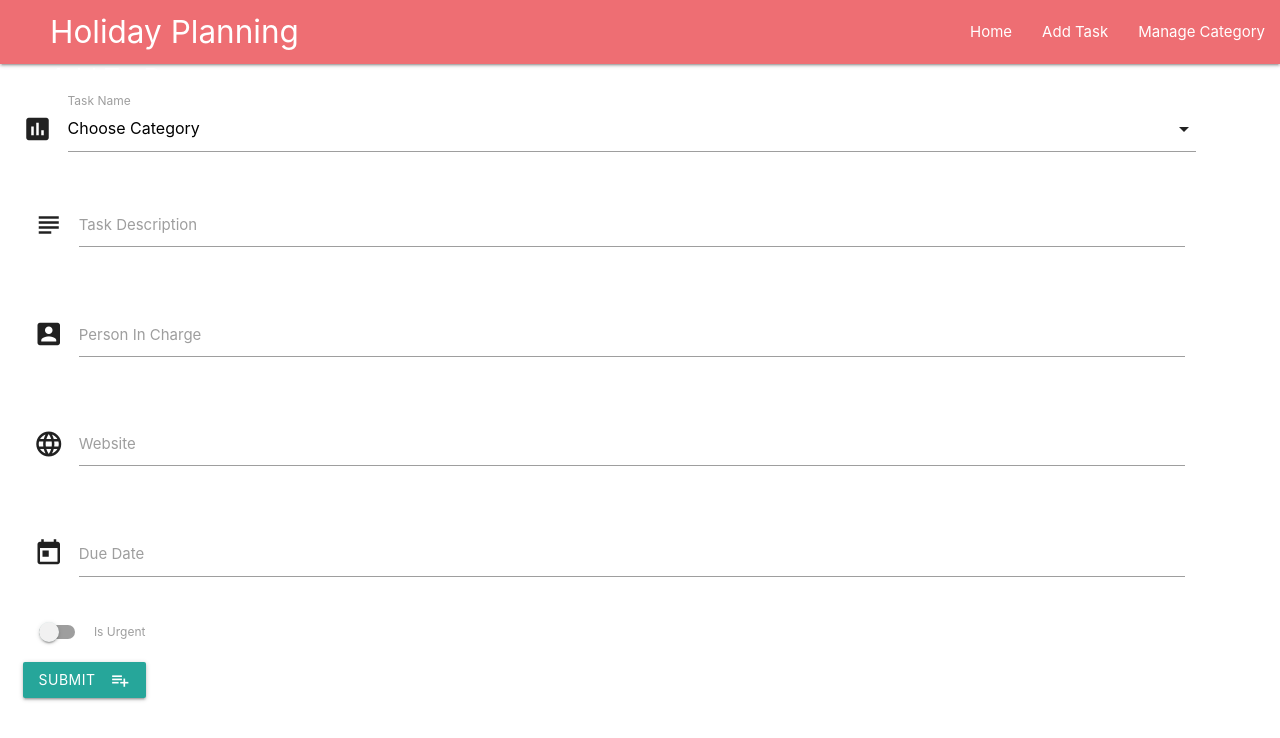
Repository: Code-Institute-Submissions/Project3-Holiday_Planning
Page: http://localhost/add_task
The author's editor kept a record of every edit. The page is drawn from the files as they stood at one moment, then again after the next edit.
The browser window is 1280 px wide. The pictures show the whole page.
Some web libraries are served in a nearby version. The page is served by the project's application, run on Flask 3 (app.py). Queries for data that is not in the repository find no rows.

Above is the page before.

### templates/addTask.html
{% extends 'layout.html' %} {% block content %}


<div class="add_to_do">
    <h5>Add To-Do</h5>
</div>

<div class="row">
    <div class='col testing'></div>
    <div class='col s11'>
    <div class="row to_do">
    <form action="{{ url_for('insert_task') }}" method="POST" class="">



        <!--put in select option initialization in layout.html-->



        <div class="input-field">
                <i class="material-icons prefix">poll</i>
                <!--Replace <input id> with <select>. Keep the 1st option and change the rest option with category from Mongodb-->
                <!--<input id="task_name" name="task_name" type="text">-->
                <select id="category" name="category_name">
                  <option value="" disabled selected>Choose Category</option>
                  {% for cat in category %}
                      <option value="{{cat.category_name}}">{{cat.category_name}}</option>
                  {% endfor %}
                </select>
                <label for="icon_prefix">Task Name</label>
            </div>
        </div>




        <div class="row">
            <div class="input-field col s12">
                <i class="material-icons prefix">subject</i>
                <textarea name="task_description" id="task_description" class="materialize-textarea"></textarea>
                <label for="task_description">Task Description</label>
            </div>
        </div>



        <div class="row">
            <div class="input-field col s12">
                <i class="material-icons prefix">account_box</i>
                <textarea name="person_in_charge" id="person_in_charge" class="materialize-textarea"></textarea>
                <label for="person_in_charge">Person In Charge</label>
            </div>
        </div>


        <div class="row">
            <div class="input-field col s12">
                <i class="material-icons prefix">language</i>
                <textarea name="website" id="website" class="materialize-textarea"></textarea>
                <label for="website">Website</label>
            </div>
        </div>



        <!--put the datepicker initialization in layout.html-->
        <div class="row">
            <div class="input-field col s12">
                <i class="material-icons prefix">today</i>
                <input id="due_date" name="due_date" type="text" class="datepicker">
                <label for="due_date">Due Date</label>
            </div>
        </div>


        <div class="row">
            <div class="switch">
                <label>
                  <input id="is_urgent" name="is_urgent" type="checkbox">
                  <span class="lever"></span>
                  Is Urgent
                </label>
            </div>
        </div>


        <div class="row submit_btn">
            <button class="btn waves-effect waves-light" type="submit" name="action">Submit
                <i class="material-icons right">playlist_add</i>
             </button>
        </div>

    </form>
    </div>
</div>

{% endblock %}

### templates/layout.html
<!DOCTYPE html>
<html>

<head>
        <link href="https://fonts.googleapis.com/icon?family=Material+Icons" rel="stylesheet">
        <link rel="stylesheet" href="https://cdnjs.cloudflare.com/ajax/libs/materialize/1.0.0/css/materialize.min.css">
        <link rel="stylesheet" href="{{url_for('static', filename='css/style.css')}}" type="text/css"/>
</head>


<body>
    <header>
        <nav>
            <div class="nav-wrapper">
                <a href="{{url_for('get_tasks')}}" class="brand-logo">Holiday Planning</a>
                <a href="#" data-activates="mobile-demo" class="sidenav-trigger"><i class="material-icons">menu</i></a>

                <ul id="nav-mobile" class="right hide-on-med-and-down">
                    <li><a href="{{url_for('get_tasks')}}">Home</a></li>
                    <li><a href="{{url_for('add_task')}}">Add Task</a></li>
                    <li><a href="{{url_for('get_category')}}">Manage Category</a></li>
                </ul>

                <!--extended hamburger navbar added for mobile-->
                <ul class="sidenav" id="mobile-demo">

                    <li><a href="{{url_for('get_tasks')}}">Home</a></li>
                    <li><a href="{{url_for('add_task')}}">Add Task</a></li>
                    <li><a href="{{url_for('get_category')}}">Manage Category</a></li>
                </ul>
            </div>
        </nav>
    </header>

    <div>
        {% block content %} {% endblock %}
    </div>


    <!--<script src="https://cdnjs.cloudflare.com/ajax/libs/jquery/3.4.1/jquery.min.js"></script>-->
   <script <script type="text/javascript" src="https://code.jquery.com/jquery-2.1.1.min.js"></script>
    <script src="https://cdnjs.cloudflare.com/ajax/libs/materialize/1.0.0/js/materialize.min.js"></script>

    <!--to perform the collapsible, datepicker and select option function-->
    <script type="text/javascript">
        $(document).ready(function(){
            $('.collapsible').collapsible();
            $('.datepicker').datepicker({
                format:'dd/mm/yyyy'
            });
            $('select').formSelect();
            $('.sidenav').sidenav();

        });

        // $('.datepicker').pickadate({
        //     selectMonths: true, // Creates a dropdown to control month
        //     selectYears: 15, // Creates a dropdown of 15 years to control year,
        //     today: 'Today',
        //     clear: 'Clear',
        //     close: 'Ok',
        //     closeOnSelect: false // Close upon selecting a date,
        // });

        </script>


        {%block extra_js%}{%endblock%}
</body>

</html>

### app.py
import os
from flask import Flask, render_template, redirect, request, url_for
from flask_pymongo import PyMongo
from bson.objectid import ObjectId


app = Flask(__name__)
app.config["MONGO_DBNAME"] = 'holiday_planning'
app.config["MONGO_URI"] = 'mongodb+srv://root:es1234@cluster0-dio8w.mongodb.net/holiday_planning?retryWrites=true&w=majority'
mongo = PyMongo(app)


# Function to display landing page
@app.route('/')
def index():
    return render_template("tasks.html", tasks=mongo.db.tasks.find())


# T1 - Fetch data in mongodb pass it back to tasks.html
@app.route('/get_tasks')
def get_tasks():
    tasks=mongo.db.tasks.find()
    print(tasks)
    return render_template("tasks.html",
                           tasks=tasks)



# T2 & T3 - After add_task, must follow by insert_task
@app.route('/add_task')
def add_task():
    return render_template('addTask.html',
                            category=mongo.db.category.find())


@app.route('/insert_task', methods=['POST'])
def insert_task():
    tasks = mongo.db.tasks
    tasks.insert_one(request.form.to_dict())
    return redirect(url_for('get_tasks'))



# T4 & T5 - After edit_task, must follow by update_task
@app.route('/edit_task/<task_id>')
def edit_task(task_id):
    the_task =  mongo.db.tasks.find_one({"_id": ObjectId(task_id)})
    all_category =  mongo.db.category.find()
    return render_template('editTask.html', task=the_task,
                           category=all_category)


@app.route('/update_task/<task_id>', methods=["POST"])
def update_task(task_id):
    tasks = mongo.db.tasks
    tasks.update( {'_id': ObjectId(task_id)},
    {
        'category_name':request.form.get('category_name'),
        'task_name':request.form.get('task_name'),
        'task_description': request.form.get('task_description'),
        'person_in-charge': request.form.get('person_in-charge'),
        'website': request.form.get('website'),
        'due_date': request.form.get('due_date'),
        'is_urgent':request.form.get('is_urgent')
    })
    return redirect(url_for('get_tasks'))


# T6 - Delete task from the get_tasks page
@app.route('/delete_task/<task_id>')
def delete_task(task_id):
    mongo.db.tasks.remove({'_id': ObjectId(task_id)})
    return redirect(url_for('get_tasks'))



# CATEGORY

# C1 - Function to fetch all our data in mongodb pass it back to category.html
@app.route('/get_category')
def get_category():
    return render_template("category.html",
                            category=mongo.db.category.find())



# C2 & C3 - After add_category, must follow by insert_category
@app.route('/add_category')
def add_category():
    return render_template('addCategory.html')


@app.route('/insert_category', methods=['POST'])
def insert_category():
    category_doc = {'category_name': request.form.get('category_name')}
    mongo.db.category.insert_one(category_doc)
    return redirect(url_for('get_category'))



# C4 & C5 - After edit_category, must follow by update_category
@app.route('/edit_category/<category_id>')
def edit_category(category_id):
    return render_template('editCategory.html',
    category=mongo.db.category.find_one({'_id': ObjectId(category_id)}))


@app.route('/update_category/<category_id>', methods=['POST'])
def update_category(category_id):
    mongo.db.category.update(
        {'_id': ObjectId(category_id)},
        {'category_name': request.form.get('category_name')})
    return redirect(url_for('get_category'))



# C6 - Delete category from the Manage Category page
@app.route('/delete_category/<category_id>')
def delete_category(category_id):
    mongo.db.category.remove({'_id': ObjectId(category_id)})
    return redirect(url_for('get_category'))



# Boiler plate - must include at the end of app.py
if __name__ == '__main__':
    app.run(host=os.environ.get('IP'),
            port=int(os.environ.get('PORT')),
            debug=True)

### static/css/style.css
/*tasks.html*/

.all_task_navi{
    margin-bottom: 0px;
}


.allTask,
.addTask,
.category{
    /*color: white;*/
    height:50px;
    background-color: #f5a3a7;
    vertical-align: baseline;
    padding-top: 10px;
    margin-bottom: 0px;
    padding-bottom: 50px;
}



/*category*/
.ul_style {
   margin: 0px;
}


.btn_small {
    height: 24px;
    width: 60px;
    line-height: 24px;
    margin: 5px 100px;
    padding: 0px 100px;
}


/*Add Task Page*/
.submit_btn{
    margin-left: 200px;
}




.divider{
    width:10px;
    border:none;

}


.task_name{
   padding: 50px 0px 0px 0px;
}


.nav-wrapper,
h5{
    margin: 0px;
    padding:0px 0px 0px 50px;
    color: white;
}

After the next edit:
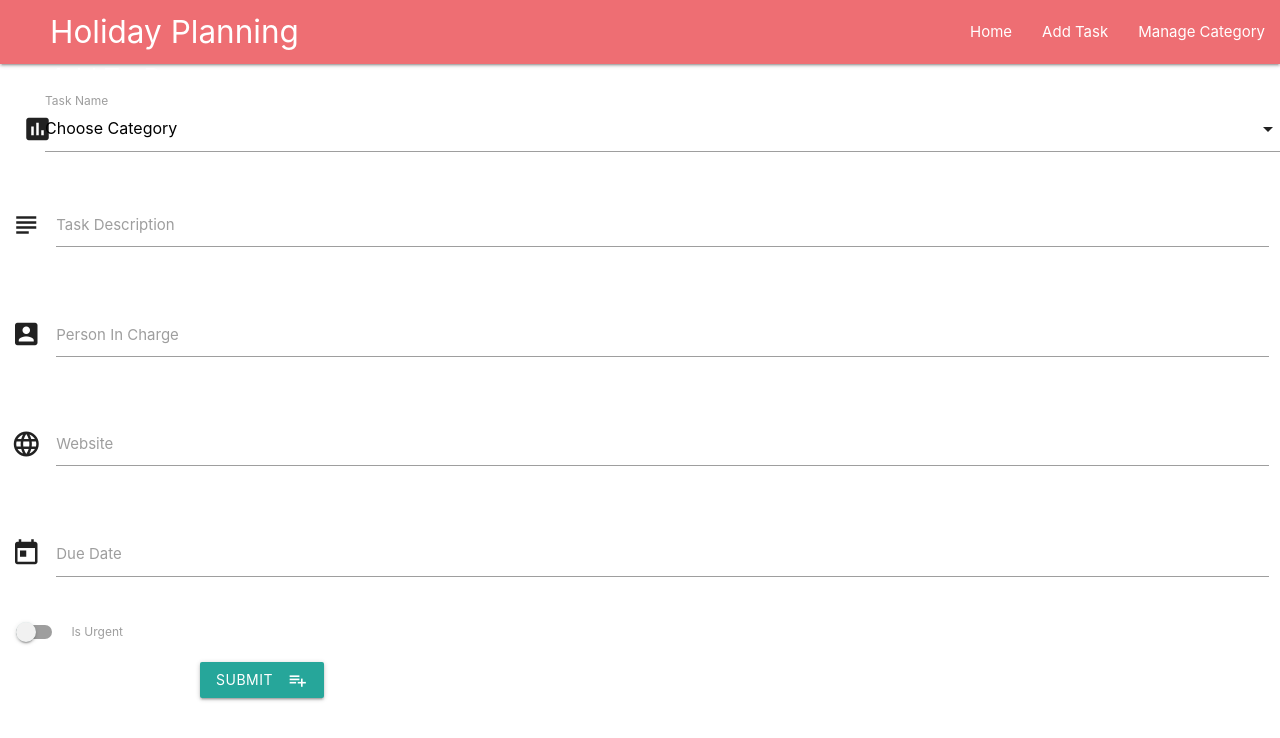
The edit:
--- a/templates/addTask.html
+++ b/templates/addTask.html
@@ -7,7 +7,7 @@
 
 <div class="row">
     <div class='col testing'></div>
-    <div class='col s11'>
+    <!--<div class='col s11'>-->
     <div class="row to_do">
     <form action="{{ url_for('insert_task') }}" method="POST" class="">
 
